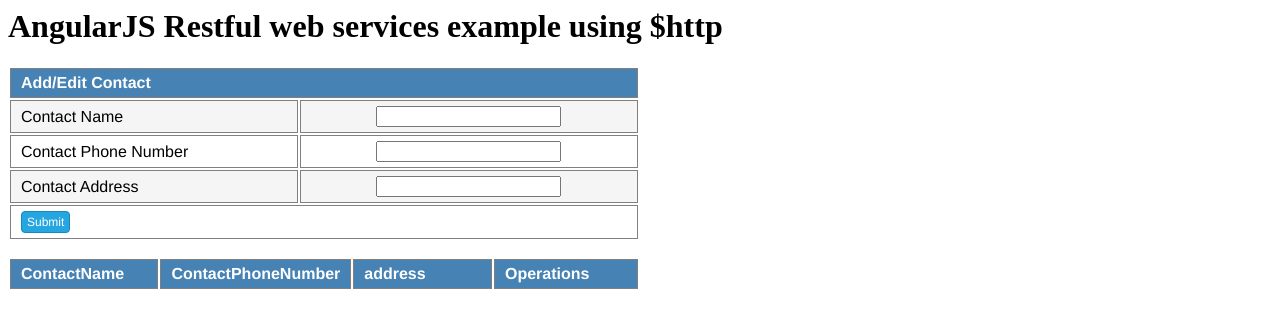
Repository: nagayyaguddadmath/JavaSimpleProjects
Page: simplephonebook/src/main/webapp/CRUDContacts.html
These files come from the project's save history. The page is drawn as it stood at one moment and after the next save; the edit follows.
The browser window is 1280 px wide. The pictures show the whole page.
The page's requests for data from a server got no answer.

Above is the page before, as saved 2017-10-22 11:07:43.

### simplephonebook/src/main/webapp/CRUDContacts.html

<html ng-app="manage">
<head>


<title>Nagayya's PhoneBook Application</title>

<script src="angular.min.js"></script>
<script src="contact.js"></script>


<style>
.blue-button {
	background: #25A6E1;
	filter: progid: DXImageTransform.Microsoft.gradient( startColorstr='#25A6E1',
		endColorstr='#188BC0', GradientType=0);
	padding: 3px 5px;
	color: #fff;
	font-family: 'Helvetica Neue', sans-serif;
	font-size: 12px;
	border-radius: 2px;
	-moz-border-radius: 2px;
	-webkit-border-radius: 4px;
	border: 1px solid #1A87B9
}

.red-button {
	background: #CD5C5C;
	padding: 3px 5px;
	color: #fff;
	font-family: 'Helvetica Neue', sans-serif;
	font-size: 12px;
	border-radius: 2px;
	-moz-border-radius: 2px;
	-webkit-border-radius: 4px;
	border: 1px solid #CD5C5C
}

table {
	font-family: "Helvetica Neue", Helvetica, sans-serif;
	width: 50%;
}

caption {
	text-align: left;
	color: silver;
	font-weight: bold;
	text-transform: uppercase;
	padding: 5px;
}

th {
	background: SteelBlue;
	color: white;
}

tbody tr:nth-child(even) {
	background: WhiteSmoke;
}

tbody tr td:nth-child(2) {
	text-align: center;
}

tbody tr td:nth-child(3), tbody tr td:nth-child(4) {
	text-align: center;
	font-family: monospace;
}

tfoot {
	background: SeaGreen;
	color: white;
	text-align: right;
}

tfoot tr th:last-child {
	font-family: monospace;
}

td, th {
	border: 1px solid gray;
	width: 25%;
	text-align: left;
	padding: 5px 10px;
}
</style>
<head>
<body>
	<h1>AngularJS Restful web services example using $http</h1>
	<div ng-controller="ContactController">

		<form ng-submit="submitContact()">
			<table>

				<tr>
					<th colspan="2">Add/Edit Contact</th>
				</tr>
				<tr>
					<td>Contact Name</td>
					<td><input type="text" ng-model="contactForm.name" /></td>
				</tr>
				<tr>
					<td>Contact Phone Number</td>
					<td><input type="text" ng-model="contactForm.phone_number" /></td>
				</tr>
				<tr>
					<td>Contact Address</td>
					<td><input type="text" ng-model="contactForm.address" /></td>
				</tr>
				<tr>
					<td colspan="2"><input type="submit" value="Submit"
						class="blue-button" /></td>
				</tr>
			</table>
		</form>
		<table>
			<tr>

				<th>ContactName</th>
				<th>ContactPhoneNumber</th>
				<th>address</th>
				<th>Operations</th>

			</tr>

			<tr ng-repeat="contact in contacts">

				<td>{{ contact.name }}</td>
				<td>{{ contact.phone_number }}</td>
				<td>{{ contact.address }}</td>

				<td><a ng-click="editContact(contact)" class="blue-button">Edit</a>
					| <a ng-click="deleteContact(contact)" class="red-button">Delete</a></td>
			</tr>


		</table>
	</div>



</body>
</html>

### simplephonebook/src/main/webapp/contact.js


var app = angular.module("manage", []);

//Controller Part
app.controller("ContactController", function($scope, $http) {


	$scope.contacts = [];
	$scope.contactForm = {
			id : -1,
			name : "",
			phone_number : "",
			address : ""
	};


	_refreshcontactData();



	$scope.submitContact = function() {
		var method = "";
		var url = "";
		if ($scope.contactForm.id == -1) {
			method = "POST";
			url = 'http://localhost:8080/addContact';
		} else {
			method = "POST";
			url = 'http://localhost:8080/addContact';
		}

		$http({
			method : method,
			url : url,
			data : angular.toJson($scope.contactForm),
			headers : {
				'Content-Type' : 'application/json'
			}
		}).then( _success, _error );

		alert("Contact added successfully");
	};

	//HTTP DELETE- delete contact by Id
	$scope.deleteContact = function(contact) {
		$http({
			method : 'POST',
			url : 'http://localhost:8080/removeContact'
		}).then(_success, _error);
	};

	// In case of edit, populate form fields and assign form.id with contact id
	$scope.editContact = function(contact) {

		$scope.contactForm.name = contact.name;
		$scope.contactForm.phone_number = contact.phone_number;
		$scope.contactForm.address = contact.address;
		$scope.contactForm.id = contact.id;
	};


	function _refreshcontactData() {
		$http({
			method : 'GET',
			url : 'http://localhost:8080/getAll'
				//data: ''//,
				//headers: { 'Content-Type': 'application/json' }
		}).then(function successCallback(response) {
			$scope.contacts = response.data;
		}, function errorCallback(response) {
			alert(JSON.stringify(response));
			console.log(response.statusText);
		});
	}

	function _success(response) {
		_refreshcontactData();
		_clearFormData()
	}

	function _error(response) {
		alert(JSON.stringify(response));
		console.log(response.statusText);
	}

	//Clear the form
	function _clearFormData() {
		$scope.contactForm.id = -1;
		$scope.contactForm.name = "";
		$scope.contactForm.phone_number = "";
		$scope.contactForm.address = "";

	};

});

Loaded but not shown: simplephonebook/src/main/webapp/angular.min.js (library)

After the next save:
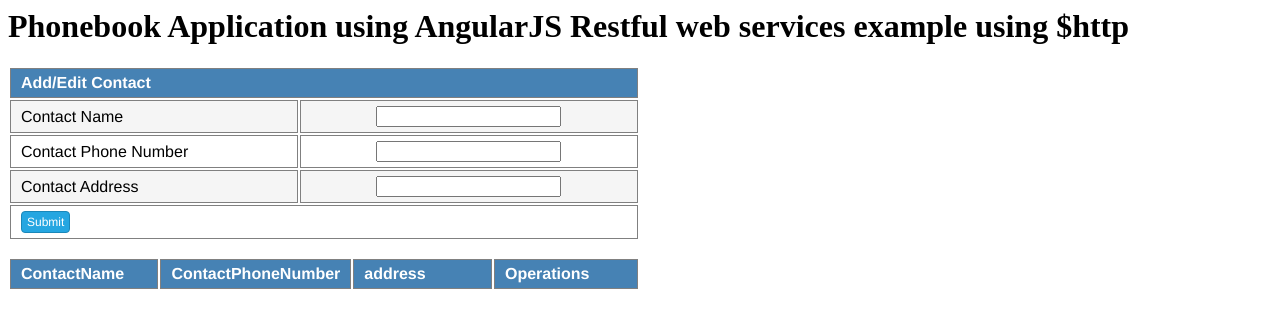
Saved 22 s later.
--- a/simplephonebook/src/main/webapp/CRUDContacts.html
+++ b/simplephonebook/src/main/webapp/CRUDContacts.html
@@ -86,7 +86,7 @@
 </style>
 <head>
 <body>
-	<h1>AngularJS Restful web services example using $http</h1>
+	<h1>Phonebook Application using AngularJS Restful web services example using $http</h1>
 	<div ng-controller="ContactController">
 
 		<form ng-submit="submitContact()">
